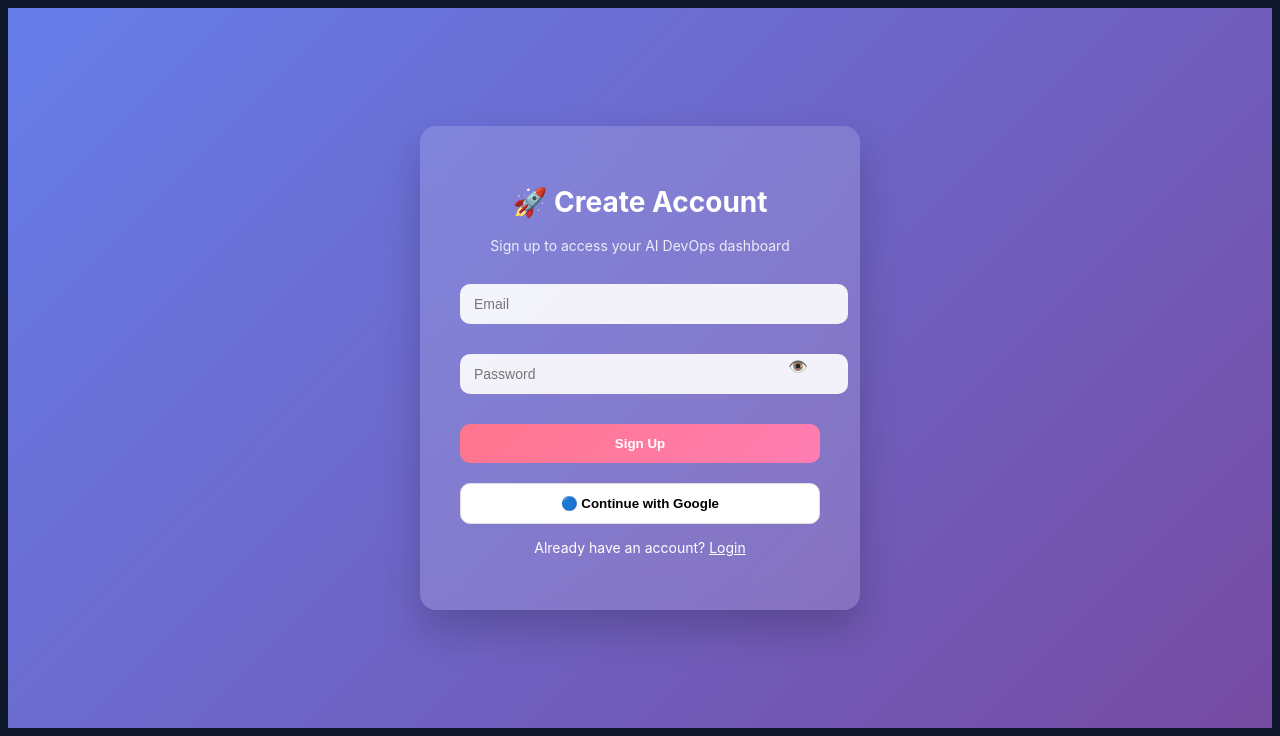
Repository: kundanchouhan12/DevX-Ai-Powered-Devops-Assistant-GenAi-LLM
Page: /signup (app in frontend/)
An editor plug-in stored every save of this project. The page is shown before and after the next save, followed by the edit.
The browser window is 1280 px wide. The pictures show the whole page.
The page's requests for data from a server got no answer. The project was rebuilt for these pictures with package versions that can differ from the ones it lists, and the page was loaded fresh each time. No one was signed in, and anything a server would have sent is missing. Also part of the build but not shown: frontend/vite.config.js, frontend/src/pages/Home.jsx, frontend/src/pages/Dashboard.jsx, frontend/src/pages/Login.jsx, frontend/src/components/PrivateRoute.jsx.

Above is the page before, as saved 2026-01-31 14:29:38.

### frontend/index.html
<!doctype html>
<html lang="en">
  <head>
    <meta charset="UTF-8" />
    <link rel="icon" type="image/svg+xml" href="/vite.svg" />
    <meta name="viewport" content="width=device-width, initial-scale=1.0" />
    <title>frontend-ai-devops-assistan</title>
  </head>
  <body>
    <div id="root"></div>
    <script type="module" src="/src/main.jsx"></script>
  </body>
</html>

### frontend/src/main.jsx
import { StrictMode } from "react";
import { createRoot } from "react-dom/client";
import { GoogleOAuthProvider } from "@react-oauth/google";
import "./index.css";
import App from "./App.jsx";

createRoot(document.getElementById("root")).render(
  <StrictMode>
    <GoogleOAuthProvider clientId="200054185384-tsv4osviaarpphfimoht1bc92qsh9ki8.apps.googleusercontent.com">
      <App />
    </GoogleOAuthProvider>
  </StrictMode>,
);

### frontend/src/index.css
body {
  font-family: system-ui, sans-serif;
  background: #0f172a;
  color: white;
}

.container {
  max-width: 900px;
  margin: auto;
  padding: 40px;
}

.card {
  background: #020617;
  padding: 20px;
  border-radius: 12px;
  margin-top: 20px;
}

input {
  width: 100%;
  padding: 12px;
  margin-top: 10px;
  border-radius: 8px;
  border: none;
}

button {
  margin-top: 10px;
  padding: 12px 20px;
  border-radius: 8px;
  border: none;
  background: #4f46e5;
  color: white;
  cursor: pointer;
}

.status {
  margin-top: 15px;
  font-size: 18px;
}

### frontend/src/App.jsx
import { BrowserRouter, Routes, Route } from "react-router-dom";
import Home from "./pages/Home";
import Dashboard from "./pages/Dashboard";
import Login from "./pages/Login";
import Signup from "./pages/Signup";
import PrivateRoute from "./components/PrivateRoute";

export default function App() {
  return (
    <BrowserRouter>
      <Routes>
        {/* Public routes */}
        <Route path="/login" element={<Login />} />
        <Route path="/signup" element={<Signup />} />

        {/* Protected routes */}
        <Route
          path="/"
          element={
            <PrivateRoute>
              <Home />
            </PrivateRoute>
          }
        />

        <Route
          path="/dashboard"
          element={
            <PrivateRoute>
              <Dashboard />
            </PrivateRoute>
          }
        />
        <Route
          path="/dashboard/:jobId"
          element={
            <PrivateRoute>
              <Dashboard />
            </PrivateRoute>
          }
        />
      </Routes>
    </BrowserRouter>
  );
}

### frontend/src/pages/Signup.jsx
import { useState } from "react";
import { useNavigate } from "react-router-dom";
import { signup, googleLogin } from "../services/api";
import { GoogleLogin } from "@react-oauth/google";

export default function Signup() {
  const [email, setEmail] = useState("");
  const [password, setPassword] = useState("");
  const [showPassword, setShowPassword] = useState(false);
  const [error, setError] = useState("");
  const navigate = useNavigate();

  const handleSignup = async () => {
    setError("");

    if (!email) return setError("Email is required");
    if (!/\S+@\S+\.\S+/.test(email)) return setError("Invalid email");
    if (password.length < 6)
      return setError("Password must be at least 6 characters");

    try {
      const res = await signup(email, password);
      localStorage.setItem("token", res.data.token);
      navigate("/");
    } catch (err) {
      setError(err.response?.data?.error || "Signup failed");
    }
  };

  return (
    <div style={pageStyle}>
      <div style={cardStyle}>
        <h1 style={titleStyle}>🚀 Create Account</h1>
        <p style={subtitleStyle}>Sign up to access your AI DevOps dashboard</p>

        {error && <p style={errorStyle}>{error}</p>}

        <input
          type="email"
          placeholder="Email"
          value={email}
          onChange={(e) => setEmail(e.target.value)}
          style={inputStyle}
        />

        <div style={passwordWrapper}>
          <input
            type={showPassword ? "text" : "password"}
            placeholder="Password"
            value={password}
            onChange={(e) => setPassword(e.target.value)}
            style={{ ...inputStyle, marginBottom: 0 }}
          />
          <span
            style={eyeStyle}
            onClick={() => setShowPassword(!showPassword)}
          >
            {showPassword ? "🙈" : "👁️"}
          </span>
        </div>

        <button style={buttonStyle} onClick={handleSignup}>
          Sign Up
        </button>

        <button style={googleButton}>
          🔵 Continue with Google
        </button>

        <p style={footerText}>
          Already have an account?{" "}
          <span style={linkStyle} onClick={() => navigate("/login")}>
            Login
          </span>
        </p>
      </div>
    </div>
  );
}
const pageStyle = {
  height: "100vh",
  display: "flex",
  justifyContent: "center",
  alignItems: "center",
  background: "linear-gradient(135deg, #667eea, #764ba2)",
  fontFamily: "Inter, sans-serif",
};

const cardStyle = {
  background: "rgba(255,255,255,0.15)",
  backdropFilter: "blur(12px)",
  padding: "40px",
  borderRadius: "16px",
  width: "360px",
  boxShadow: "0 20px 40px rgba(0,0,0,0.2)",
  textAlign: "center",
  color: "#fff",
};

const titleStyle = { fontSize: 28, fontWeight: 700 };
const subtitleStyle = { fontSize: 14, opacity: 0.85, marginBottom: 20 };

const inputStyle = {
  width: "100%",
  padding: "12px 14px",
  borderRadius: "10px",
  border: "none",
  outline: "none",
  fontSize: "14px",
  marginBottom: "20px",
  backgroundColor: "rgba(255,255,255,0.9)",
  color: "#000",
};

const passwordWrapper = {
  position: "relative",
  marginBottom: "20px",
};

const eyeStyle = {
  position: "absolute",
  right: 12,
  top: 12,
  cursor: "pointer",
};

const buttonStyle = {
  width: "100%",
  padding: "12px",
  borderRadius: "10px",
  border: "none",
  fontWeight: 600,
  cursor: "pointer",
  color: "#fff",
  background: "linear-gradient(135deg,#ff758c,#ff7eb3)",
  marginBottom: "10px",
};

const googleButton = {
  width: "100%",
  padding: "12px",
  borderRadius: "10px",
  border: "1px solid #ddd",
  background: "#fff",
  color: "#000",
  fontWeight: 600,
  cursor: "pointer",
};

const errorStyle = {
  color: "#ffb4b4",
  fontSize: 13,
  marginBottom: 10,
};

const footerText = { marginTop: 15, fontSize: 14 };
const linkStyle = { textDecoration: "underline", cursor: "pointer" };

### frontend/src/services/api.js
import axios from "axios";

/**
 * Smart baseURL selection:
 * - ENV set → use it
 * - localhost → 127.0.0.1
 * - production → relative /api
 */
const getBaseURL = () => {
  if (import.meta.env.VITE_API_BASE_URL) {
    return import.meta.env.VITE_API_BASE_URL;
  } else if (window.location.hostname === "localhost") {
    return "http://127.0.0.1:5000/api";
  } else {
    return "/api";
  }
};

const api = axios.create({
  baseURL: getBaseURL(),
});

/* ======================
   JWT Interceptor
====================== */
api.interceptors.request.use(
  (config) => {
    const token = localStorage.getItem("token");
    if (token) {
      config.headers.Authorization = `Bearer ${token}`;
    }
    return config;
  },
  (error) => Promise.reject(error)
);

/* ======================
   Auth APIs
====================== */
export const signup = (email, password) =>
  api.post("/auth/signup", { email, password });

export const login = (email, password) =>
  api.post("/auth/login", { email, password });

export const googleLogin = (token) =>
  api.post("/auth/google", { token });

/* ======================
   Default export
====================== */
export default api;

After the next save:
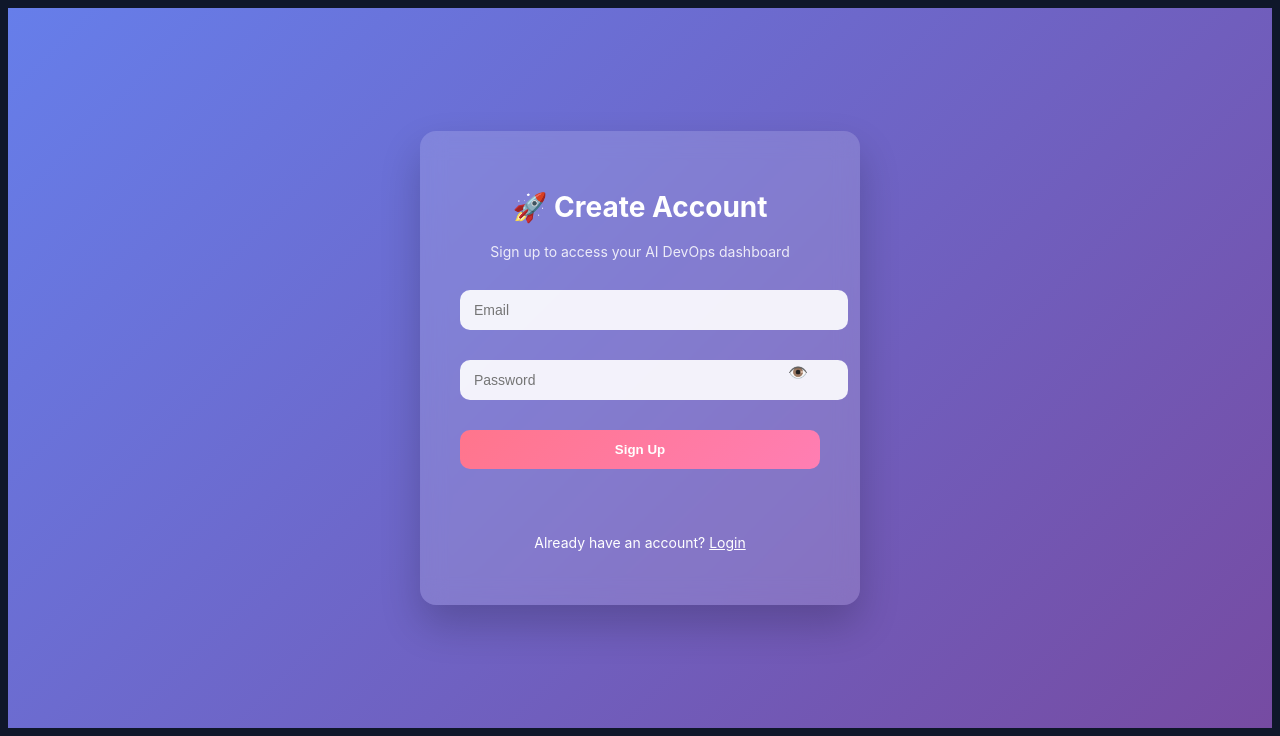
Saved 20 s later.
--- a/frontend/src/pages/Signup.jsx
+++ b/frontend/src/pages/Signup.jsx
@@ -51,10 +51,7 @@ export default function Signup() {
             onChange={(e) => setPassword(e.target.value)}
             style={{ ...inputStyle, marginBottom: 0 }}
           />
-          <span
-            style={eyeStyle}
-            onClick={() => setShowPassword(!showPassword)}
-          >
+          <span style={eyeStyle} onClick={() => setShowPassword(!showPassword)}>
             {showPassword ? "🙈" : "👁️"}
           </span>
         </div>
@@ -62,10 +59,21 @@ export default function Signup() {
         <button style={buttonStyle} onClick={handleSignup}>
           Sign Up
         </button>
-
-        <button style={googleButton}>
-          🔵 Continue with Google
-        </button>
+        <GoogleLogin
+          onSuccess={async (cred) => {
+            try {
+              const res = await googleLogin(cred.credential);
+              localStorage.setItem("token", res.data.token);
+              navigate("/");
+            } catch (err) {
+              setError("Google signup failed");
+            }
+          }}
+          onError={() => setError("Google signup failed")}
+          theme="outline"
+          size="large"
+          width="300"
+        />
 
         <p style={footerText}>
           Already have an account?{" "}
